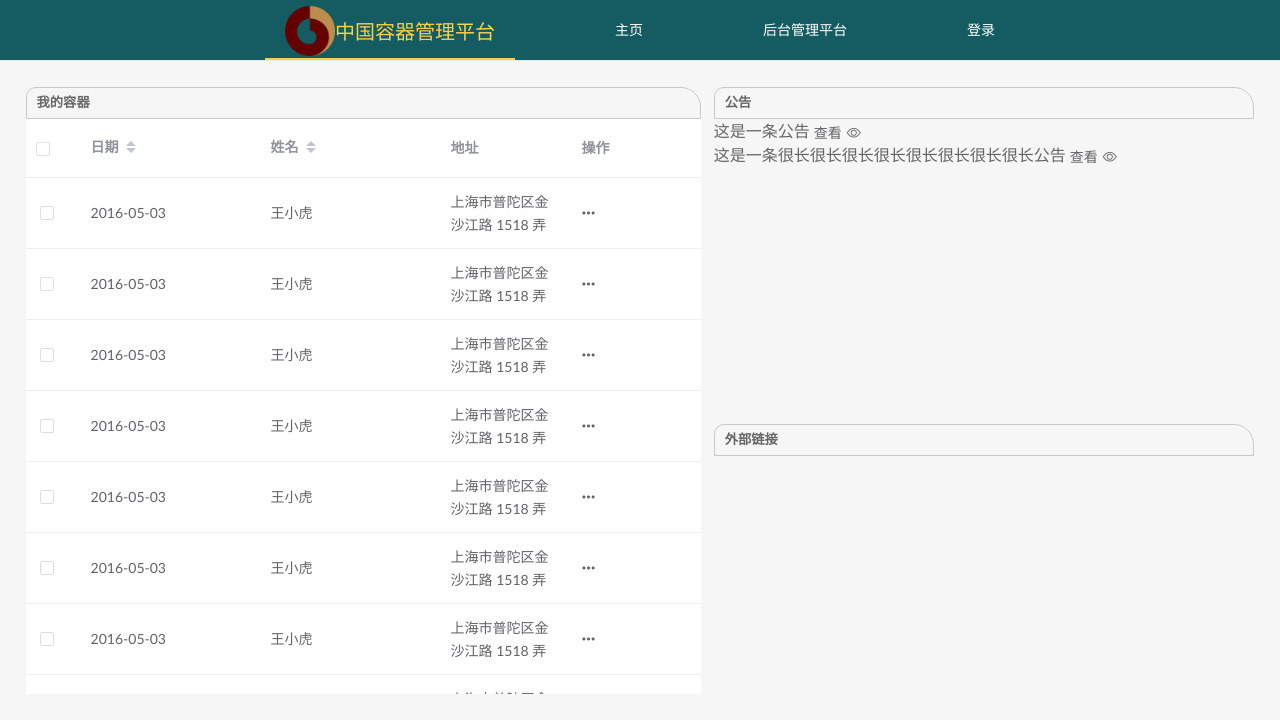
Repository: lei123zhou/zhongjin
Page: /main/home
These files come from the project's save history. The page is drawn as it stood at one moment and after the next save; the edit follows.
The browser window is 1280 px wide. The pictures show the whole page.
An inner scrolling area shows only its first screen. The project was rebuilt for these pictures with package versions that can differ from the ones it lists, and the page was loaded fresh each time. Also part of the build but not shown: vue.config.js.

Above is the page before, as saved 2022-08-29 20:22:57.

After the next save:
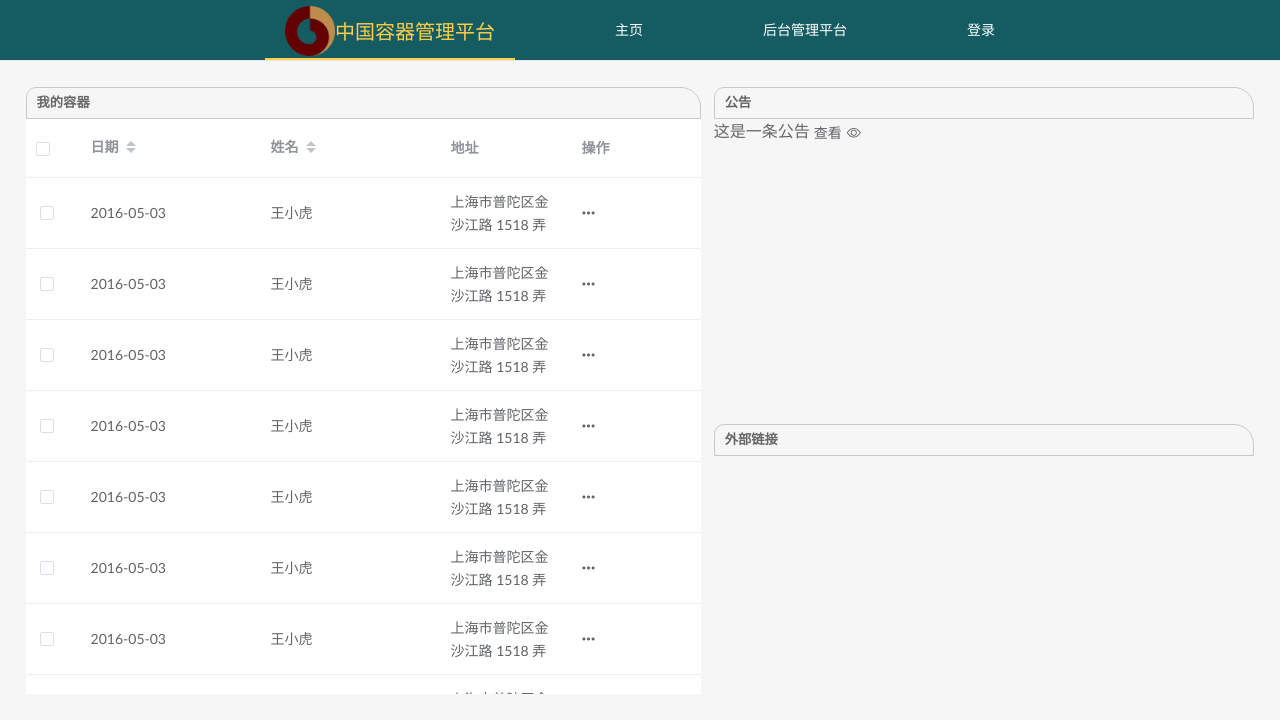
Saved 3 min 11 s later.
--- a/src/pages/home/HomePage.vue
+++ b/src/pages/home/HomePage.vue
@@ -56,14 +56,6 @@
             ></span>
             <diglog ref="show" :announcement="announcement"></diglog>
           </div>
-          <div>
-            <span
-              >这是一条很长很长很长很长很长很长很长很长公告
-              <el-link @click="showDetail"
-                >查看<i class="el-icon-view el-icon--right"></i> </el-link
-            ></span>
-            <diglog ref="show" :announcement="announcement"></diglog>
-          </div>
         </div>
       </div>
       <div class="right-down"><h5 class="title">外部链接</h5>
